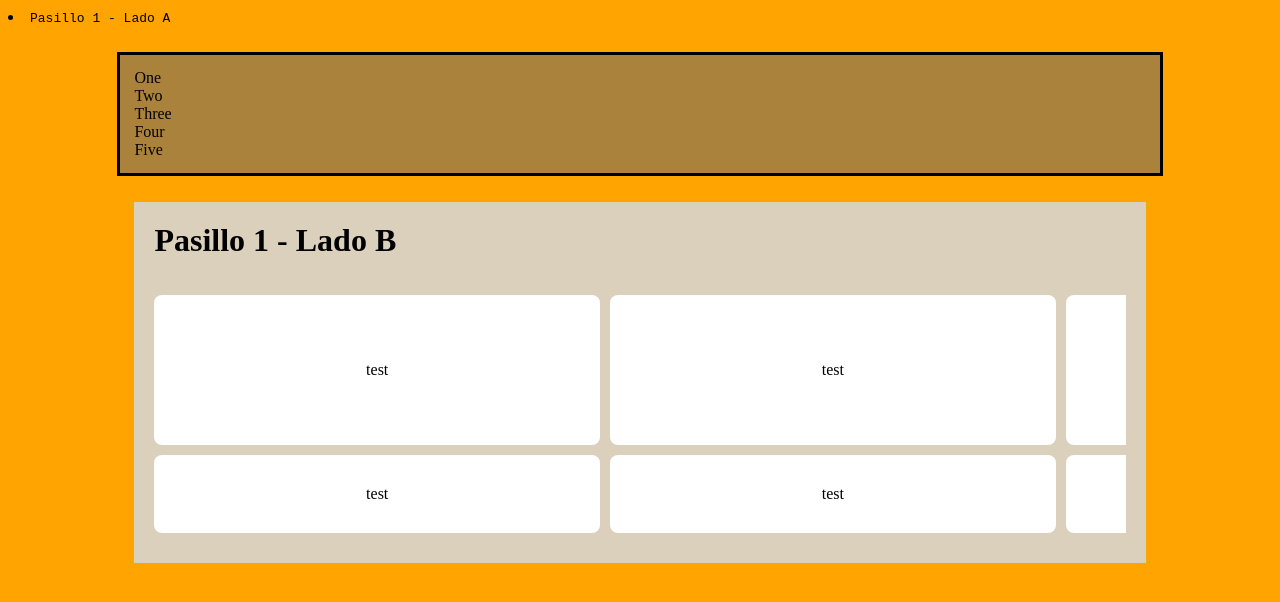
Repository: Franzcod/DepoStock_Web
Page: index.html
These files come from the project's save history. The page is drawn as it stood at one moment and after the next save; the edit follows.
The browser window is 1280 px wide. The pictures show the whole page.

Above is the page before, as saved 2020-06-07 02:24:48.
Console error: ReferenceError: ur is not defined

After the next save:
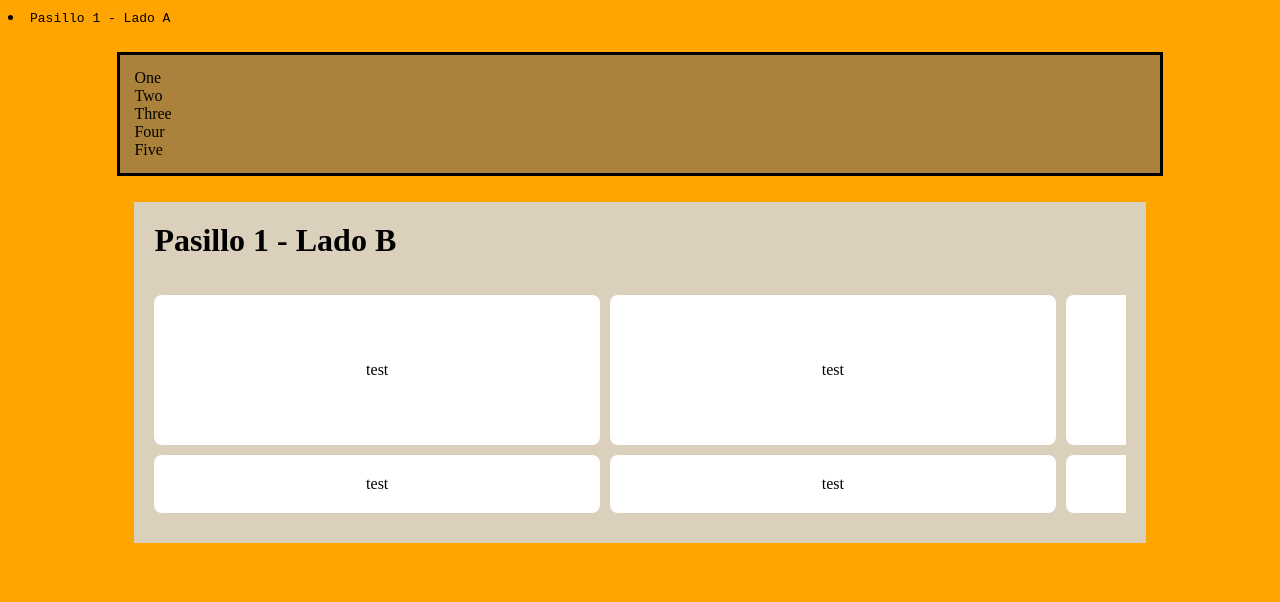
Saved 36 s later.
--- a/estilo/estilo.css
+++ b/estilo/estilo.css
@@ -70,7 +70,7 @@ height: 40%;
 .hs > li,
 .item {
 scroll-snap-align: center;
-padding: calc(var(--gutter) / 1 * 1.5);
+padding: calc(var(--gutter) / 1 * 1);
 display: flex;
 flex-direction: column;
 justify-content: center;
